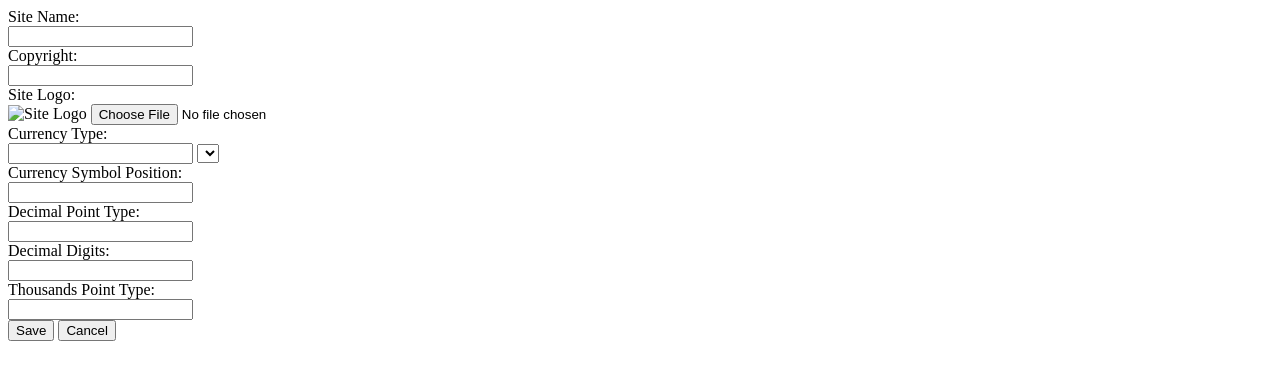
Repository: vawnvuxdev/ShopProject
Page: http://localhost/settings/general
The author's editor kept a copy of each file at every save. The page is drawn from the files as they stood at one save, then again after a run of saves.
The browser window is 1280 px wide. The pictures show the whole page.
The page is this project's Thymeleaf template; nobody is signed in. The template is opened directly, without the code that normally fills it, so the values that code supplies are empty.

Above is the page before, as saved 2021-05-22 20:59:41.

### ShopWebParent/WebBackend/src/main/resources/templates/settings/general.html
<!DOCTYPE html>
<html xmlns:th="http://www.thymeleaf.org">
<body>
<div th:fragment="content" th:remove="tag">
	<form th:action="@{/settings/save_general}" method="post">
		<div class="form-group row">
			<label for="" class="col-sm-4 col-form-label">Site Name: </label>
			<div class="col-sm-8">
				<input type="text" class="form-control" name="SITE_NAME" th:value="${SITE_NAME}" required />
			</div>
		</div>
		<div class="form-group row">
			<label for="" class="col-sm-4 col-form-label">Copyright: </label>
			<div class="col-sm-8">
				<input type="text" class="form-control" name="COPYRIGHT" th:value="${COPYRIGHT}" required />
			</div>
		</div>
		<div class="form-group row">
			<label for="" class="col-sm-4 col-form-label">Site Logo: </label>
			<div class="col-sm-8">
				<img id="thumbnail" alt="Site Logo" src="" width="150" height="70" />
				<input type="file" id="fileImage" name="fileImage" accept="image/png,image/jpeg, image/jpg" />
			</div>
		</div>
		<div class="form-group row">
			<label for="" class="col-sm-4 col-form-label">Currency Type: </label>
			<div class="col-sm-8">
				<input type="text" class="form-control" name="SITE_NAME" th:value="${SITE_NAME}" required />
				<select class="form-control">
				<th:block th:each="currency : ${listCurrencies}">
					<option th:value="${currency.id}">[[${currency.name}]]</option>
				</th:block>
				</select>
			</div>
		</div>
		<div class="form-group row">
			<label for="" class="col-sm-4 col-form-label">Currency Symbol Position: </label>
			<div class="col-sm-8">
				<input type="text" class="form-control" name="CURRENCY_SYMBOL_POSITION" th:value="${CURRENCY_SYMBOL_POSITION}" required />
			</div>
		</div>
		<div class="form-group row">
			<label for="" class="col-sm-4 col-form-label">Decimal Point Type: </label>
			<div class="col-sm-8">
				<input type="text" class="form-control" name="DECIMAL_POINT_TYPE" th:value="${DECIMAL_POINT_TYPE}" required />
			</div>
		</div>
		<div class="form-group row">
			<label for="" class="col-sm-4 col-form-label">Decimal Digits: </label>
			<div class="col-sm-8">
				<input type="text" class="form-control" name="DECIMAL_DIGITS" th:value="${DECIMAL_DIGITS}" required />
			</div>
		</div>
		<div class="form-group row">
			<label for="" class="col-sm-4 col-form-label">Thousands Point Type: </label>
			<div class="col-sm-8">
				<input type="text" class="form-control" name="THOUSANDS_POINT_TYPE" th:value="${THOUSANDS_POINT_TYPE}" required />
			</div>
		</div>


		<div class="text-center">
			<input type="submit" value="Save" class="btn btn-primary m-3" />
			<input type="button" value="Cancel" class="btn btn-secondary" id="buttonCancel" />
		</div>
	</form>
</div>
</body>
</html>

After the next 2 saves:
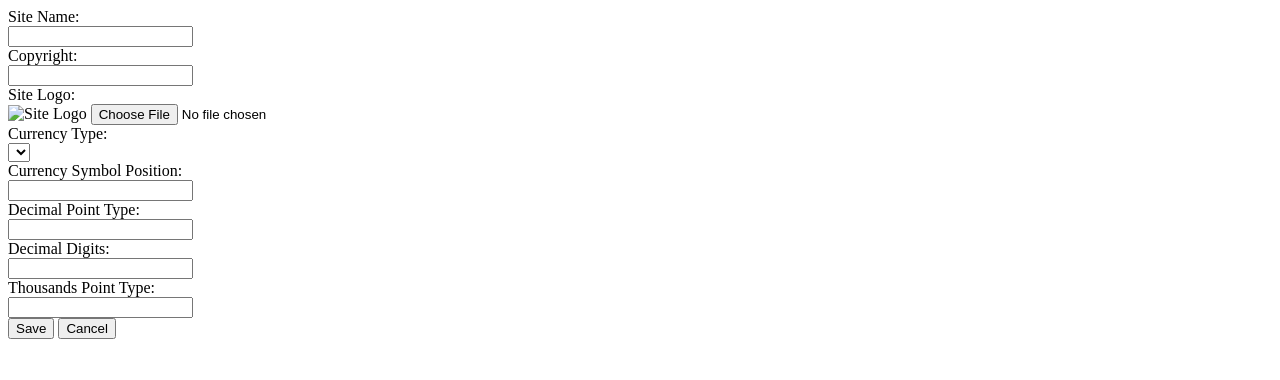
The 2 saves are shown as one change because they came seconds apart.
The last was saved 5 s later.
--- a/ShopWebParent/WebBackend/src/main/resources/templates/settings/general.html
+++ b/ShopWebParent/WebBackend/src/main/resources/templates/settings/general.html
@@ -25,8 +25,7 @@
 		<div class="form-group row">
 			<label for="" class="col-sm-4 col-form-label">Currency Type: </label>
 			<div class="col-sm-8">
-				<input type="text" class="form-control" name="SITE_NAME" th:value="${SITE_NAME}" required />
-				<select class="form-control">
+				<select class="form-control" required>
 				<th:block th:each="currency : ${listCurrencies}">
 					<option th:value="${currency.id}">[[${currency.name}]]</option>
 				</th:block>
